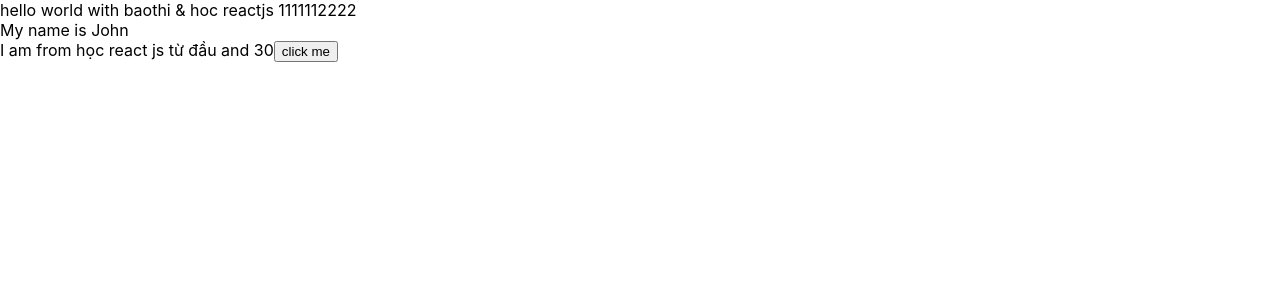
Repository: baothi/base-reactjs
Page: /
An editor plug-in stored every save of this project. The page is shown before and after the next save, followed by the edit.
The browser window is 1280 px wide. The pictures show the whole page.
The project was rebuilt for these pictures with package versions that can differ from the ones it lists, and the page was loaded fresh each time. Also part of the build but not shown: src/App.css.

Above is the page before, as saved 2022-10-08 14:48:21.

After the next save:
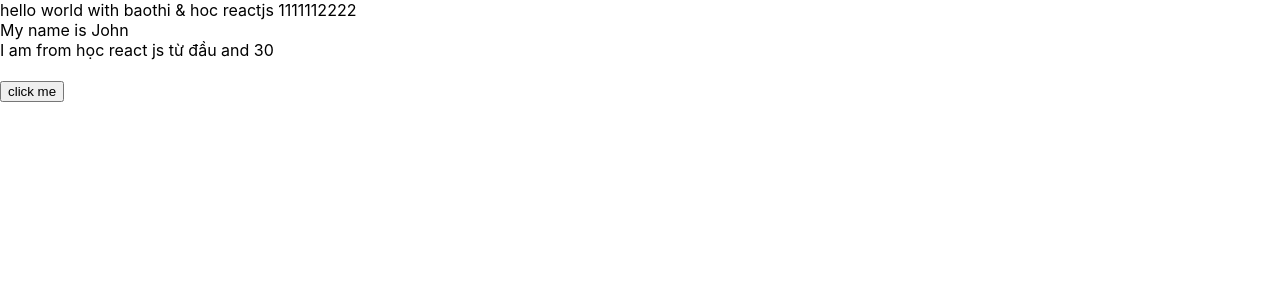
Saved 21 s later.
--- a/src/components/MyComponent.js
+++ b/src/components/MyComponent.js
@@ -12,7 +12,7 @@
     render() {
         return(
             <div>
-                My name is {this.state.name} <br /> I am from {this.state.address} and {this.state.age}
+                My name is {this.state.name} <br /> I am from {this.state.address} and {this.state.age} <br /> <br />
                 <button>click me</button>
             </div>
         );
